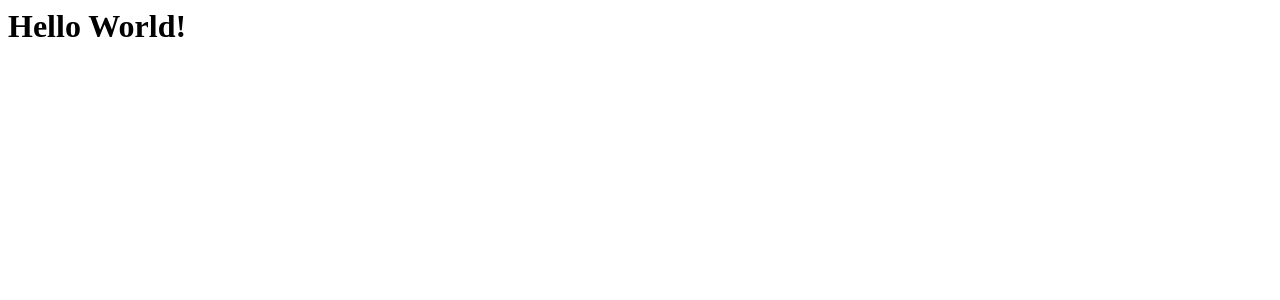
Repository: TranNgocPhuongNhi/nodejs_blog
Page: http://localhost/
The author's editor kept a copy of each file at every save. The page is drawn from the files as they stood at one save, then again after the next save.
The browser window is 1280 px wide. The pictures show the whole page.
The page is served by the project's Node server (index.js).

Above is the page before, as saved 2020-12-23 22:02:55.

After the next save:
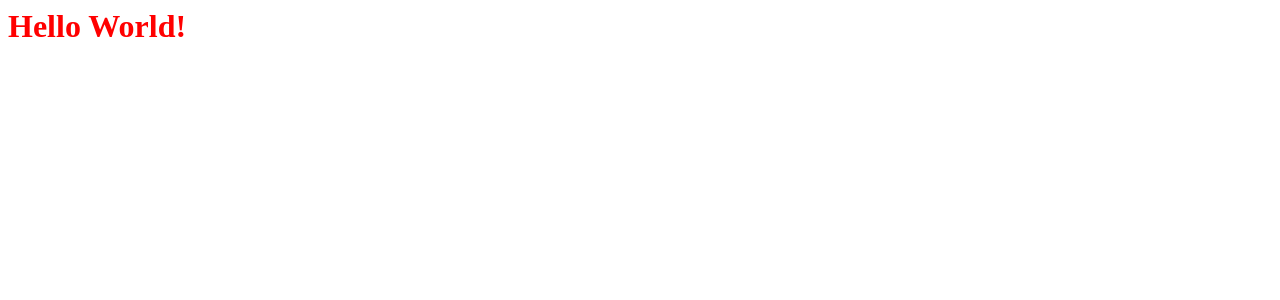
Saved 33 min 59 s later.
--- a/index.js
+++ b/index.js
@@ -6,7 +6,7 @@
 app.use(morgan('combined'))
 
 app.get('/', (req, res) => {
-  res.send(`<h1>Hello World!<h1>`)
+  res.send(`<h1 style="color: red;">Hello World!<h1>`)
 })
 
 app.listen(port, () => {
